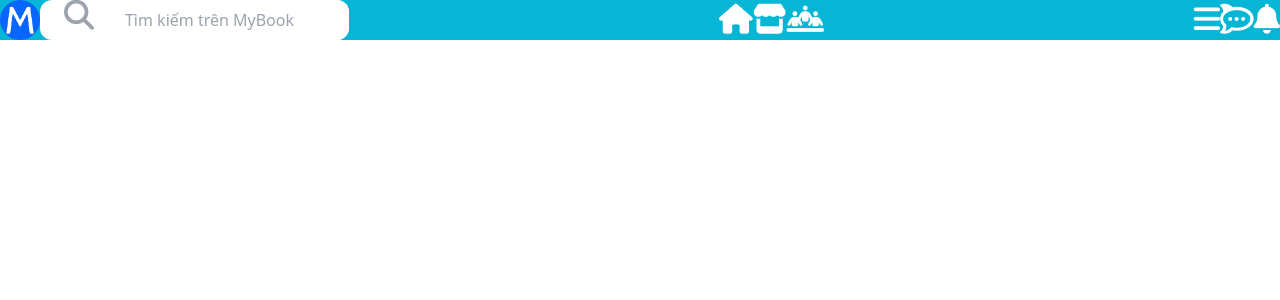
Repository: Yuukicoder/MyBook
Page: / (app in mybook/)
These files come from the project's save history. The page is drawn as it stood at one moment and after the next save; the edit follows.
The browser window is 1280 px wide. The pictures show the whole page.
The project was rebuilt for these pictures with package versions that can differ from the ones it lists, and the page was loaded fresh each time.

Above is the page before, as saved 2023-12-13 12:56:12.

After the next save:
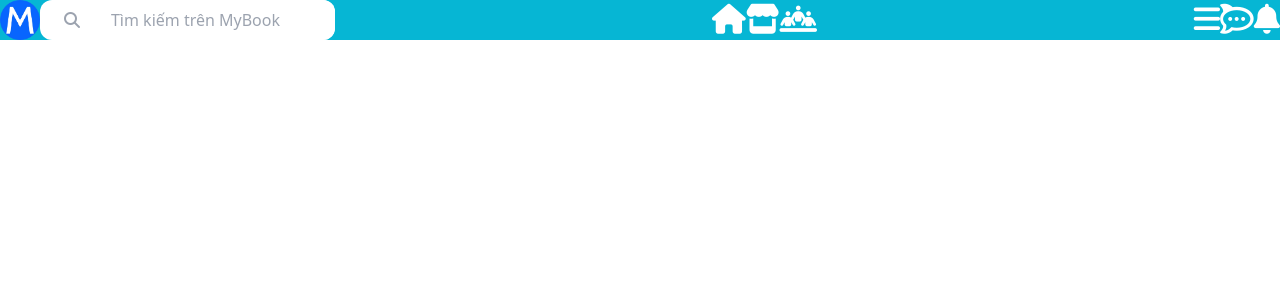
Saved 18 s later.
--- a/mybook/src/App.css
+++ b/mybook/src/App.css
@@ -1,4 +1,4 @@
-i{
+ul i{
 color: white;
 font-size: 30px;
 }
